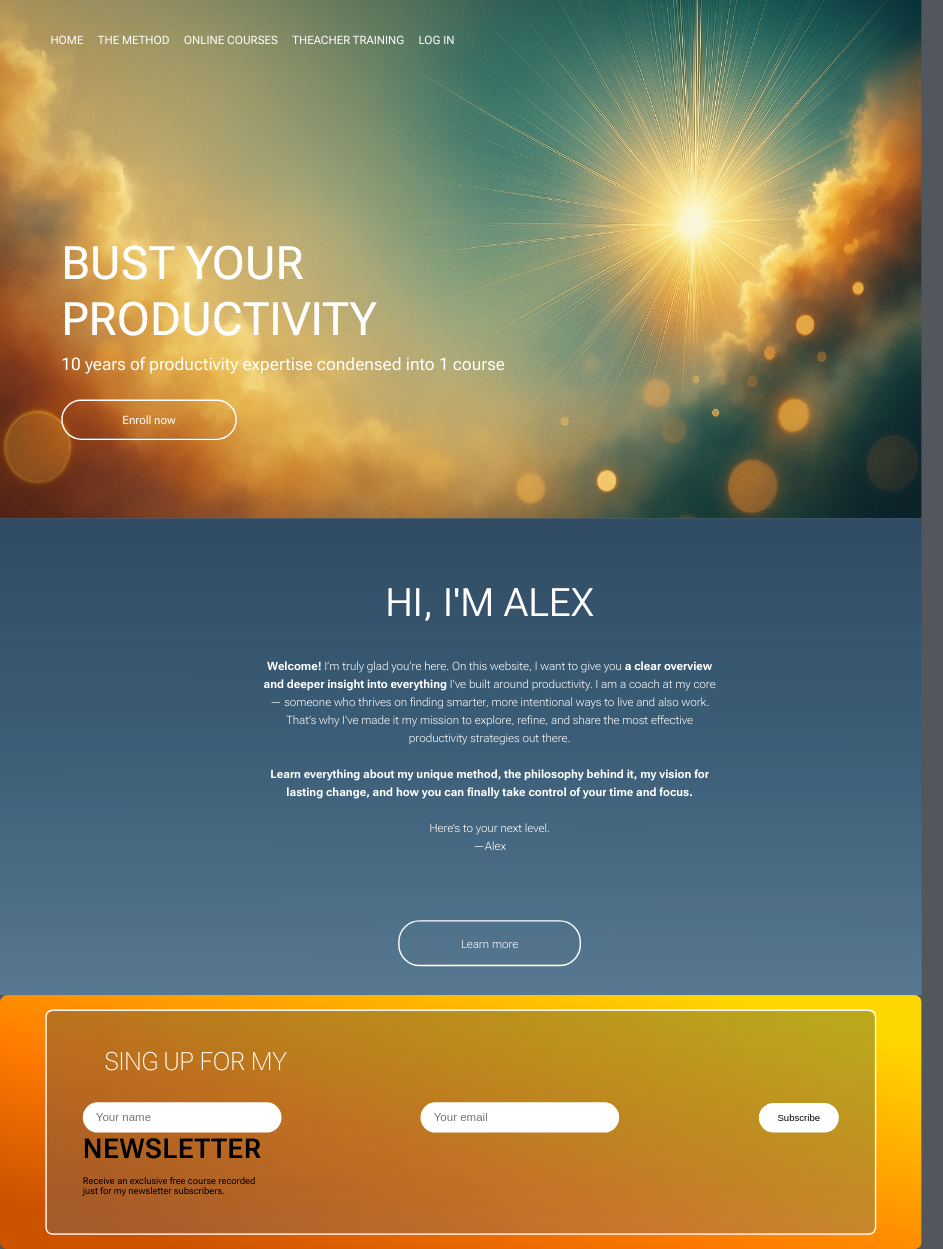
Repository: Parnicoza/testecomplete
Page: Productivity.copie.html
The author's editor kept a copy of each file at every save. The page is drawn from the files as they stood at one save, then again after the next save.
The browser window is 1280 px wide. The page is 1310 px wide, so the pictures cover 1310 px, including what lies to the right of the window. The pictures show the whole page, at 72% of full size.

Above is the page before, as saved 2025-05-29 12:53:21.

### Productivity.copie.html
<!DOCTYPE html>
<html lang="en">

<head>
    <meta charset="utf-8">
    <title>Productivity</title>
    <link rel="stylesheet" href="stilizaretestcomplet-14.css">
    <link rel="icon" href="imaginitestecomplete/dashboard.ico">
    <link rel="stylesheet" href="peoductivitate.css">
    <meta name="viewport" content="width=device-width, initial-scale=1.0">
    <meta charset="UTF-8">
    <link rel="preconnect" href="https://fonts.googleapis.com">
    <link rel="preconnect" href="https://fonts.gstatic.com" crossorigin>
    <link href="https://fonts.googleapis.com/css2?family=Roboto+Flex:opsz,wght@8..144,100..1000&display=swap"
        rel="stylesheet">
</head>

<body>
    <header>
        <nav>
            <ul class="nav-links">
                <li><a href="">HOME</a></li>
                <li><a href="">THE METHOD </a></li>
                <li><a href="">ONLINE COURSES</a></li>
                <li><a href="">THEACHER TRAINING</a></li>
                <li><a href="">LOG IN</a></li>
            </ul>
        </nav>
    </header>
    <div class="hero-section">
        <!--Acest div este pentru a separa, cu un background , the intro of the page ,cum ar venii , fata de restul paginii-->
        <figure>
            <h1 class="main-heading-pentru-productivity"> Bust Your <br>
                Productivity</h1>
            <figcaption class="caption-for-the-heading">10 years of productivity expertise condensed into 1 course
            </figcaption>
            <a class="button" href="https://www.maltemartenmethod.com/"><span>Enroll now</span></a>
        </figure>
    </div>

    <div class="background-after-hero"
        style="background: linear-gradient(to bottom, #1e3c56, #2c516d, #4a6d88), rgba(255, 255, 255, 0.08); background-blend-mode: overlay; padding: 40px; margin-top: 0;">
        <div class="HIIAMALEX">
            <h2>HI, I'M ALEX</h2>
            <p>
                <b>Welcome!</b> I’m truly glad you’re here. On this website, I want to give you <b>a clear overview and
                    deeper insight into everything</b> I’ve built around productivity. I am a coach at my core — someone
                who thrives on finding smarter, more intentional ways to live and also work. That’s why I’ve made it my
                mission to explore, refine, and share the most effective productivity strategies out there.<br>

                <br><b>Learn everything about my unique method, the philosophy behind it, my vision for lasting change,
                    and how you can finally take control of your time and focus.</b><br>

                <br>Here’s to your next level.<br>
                —Alex
                <a class="learn-more-btn" href="https://www.maltemartenmethod.com/"><span>Learn more</span></a>
            </p>
        </div>
    </div>

    <div class="newsletter"><!--ACESTA ESTE BACKROUND-UL , DIN SPATE , CEL CU ROSU-->
        <div class="newsletter-text"><!--ACESTA ESTE BORDERUL/BACKGROUND-UL CU BORDER-->
            <div class="newsletter-overlay"></div>
            <div class="text">
                <!--ACEST DIV ESTE PENTRU TEXTUL PROPRIU ZIS , AICI PUN TEXTUL SI MA OC CU PROPRIETATILE LUI-->
                <p class="singup">SING UP FOR MY<br>
                    <form class="newsletter-form-row">
                        <input type="text"  placeholder="Your name"  required>
                        <input type="email" placeholder="Your email" required>
                        <button type="submit">Subscribe</button>
                    </form>
                    <span class="span">NEWSLETTER</span><br>
                    <span style="font-size: small; display: inline-block;margin-top: 15px;">Receive an exclusive free course recorded
                        <br>just for my newsletter subscribers.</span>
                </p>
            </div>
        </div>
    </div>
</body>

</html>

### stilizaretestcomplet-14.css
body{
    background-color:#51575D;
}

.main-heading{
    text-align: center;
    text-transform: uppercase;
    text-shadow: 15px 15px 15px black;
    font-size: 3.5em;
    color: black;
}

.background-for-the-heading{
    background: linear-gradient(to right, #5B6770, #9CAEBF);
    margin: 20px;
    padding: 5px;
    border-radius: 10px;
    margin-left: 170px;
}

.thesamebackground{
    background-color: rgba(91, 103, 112, 0.6) ;
    margin-left: 170px;
    margin-top: 50px;
    text-align: center;
    padding: 10px;
    border-radius: 10px;
    box-shadow: 5px 5px 15px black;
    margin-right: 20px;
}

.paragraph-gradient{
    color: #ffff;
    font-size: 2em;
    -webkit-text-stroke: 0.7px black;
    text-align: center;
}

.quote{
    border: 1px dotted black;
    padding: 10px;
    margin-left: 150px;
}

.divider{
    border: none;
    height: 4px;
    background-color: lightgray;
    border: 3px dotted black;
    margin: 14px;
    margin-left: 150px;
}

.image{
    border-radius: 5px;
    box-shadow: 5px 5px 15px black;
    display: block;
    margin: 0 auto;
}

.picture{
    margin-left: 160px;
}

.Dashboard{
    display: flex;
}

.sidebar{
    display: flex;
    flex-direction: column;
   width: 140px;
   position: fixed;
   left: 0;
   top: 0;
   height: 96vh;
   justify-content: center;
   margin: 20px;
   background-color: #6A747D;
    border-radius: 10px;
    box-shadow: -5px -5px 15px black;

}

.list{
    list-style-type: none;
    display: flex;
    flex-direction: column;
    gap: 30px;
    padding: 0;
    margin-left: 10px;
}

.container{
    margin-left: 160px;
}

.divimage{
    display: block;
    margin-left: 160px;
    margin-top: 50px;

}

.figcaption{
    font-style: italic;
    font-weight: bold;
    margin: 20px;
}

.home{
    color: black;
}

.BLOCKS{
    display: flex;
    flex-direction: row;
    justify-content: space-evenly;
    gap: 20px;
}
.blocks{
    display: flex;
    flex-direction: column;
    justify-content: space-evenly;
    width: 350px;
    margin-left: 170px;
    background-color: rgba(91, 103, 112, 0.6);
    box-shadow: 5px 5px 15px black;
    border-radius: 10px;
    padding: 10px;
    margin-right: 20px;
}

.blocks2{
    display: flex;
    flex-direction: column;
    justify-content: space-evenly;
    width: 350px;
    background-color: rgba(91, 103, 112, 0.6);
    box-shadow: 5px 5px 15px black;
    border-radius: 10px;
    padding: 10px;
    margin-right: 20px;
}

.blocks3{
    display: flex;
    flex-direction: column;
    justify-content: space-evenly;
    width: 350px;
    background-color: rgba(91, 103, 112, 0.6);
    box-shadow: 5px 5px 15px black;
    border-radius: 10px;
    padding: 10px;
    margin-right: 20px;
}
.headingforblock{
    text-align: left;
    text-transform: uppercase;
    font-weight: bold;
    color: black;
    display: flex;
}

.paragraph-gradient1{
    color: #ffff;
    -webkit-text-stroke: 0.6px black;
    font-size: 25px;
    text-align: center;
}

.footer{
    margin-left: 170px;
}

.social-media{
    display: flex;
    flex-direction: row;
    justify-content: space-evenly;
    gap: 20px;
    margin-top: 250px;
}
.ul{
    list-style-type: none;
    display: flex;
    flex-direction: row;
    gap: 20px;
    padding: 0;
}

.footer-text{
    color: white;
    font-size: smaller;
    text-align: center;
    margin: 0 auto;
    width: 650px;
}

.Disclaimer{
    color: white;
    font-size: large;
}

.ifarme{
    margin-left: 160px;
    margin-top: 10px;
}

### peoductivitate.css
.newsletter-form-row{
    display:flex;
    align-items:center;
    gap:30px;
    margin-top:25px;
    flex-wrap:wrap;
    justify-content:center;
}

.newsletter-form-row input{
    width:240px;
    padding:12px 18px;
    border-radius:25px;
    border:none;
    background:#fff;
    font-size:16px;
}
.newsletter-form-row input:focus{
    outline:none;
    box-shadow:0 0 0 2px #ffa50044;
}

.newsletter-form-row button{
    padding:13px 26px;
    border-radius:25px;
    background:#ffffff;
    border:none;
    cursor:pointer;
    transition:background 0.3s ease;
}
.newsletter-form-row button:hover{
    background:#ffe3b3;
}

/* mobile stacking */
@media (max-width:600px){
    .newsletter-form-row{
        flex-direction:column;
        gap:15px;
    }
}
html,body{overflow-x:hidden;}
body{
    font-family: "Roboto Flex", sans-serif;
    margin: 0;
}

.hero-section{
    height: 100vh;
    display: flex;
    align-items: center;
    background-image: url('imaginitestecomplete/sky.png');
    background-position: center;
    background-size: cover;
    background-repeat: no-repeat;
    /* A RAMAS SA PUN BACKGROUND */
    background-size: cover;
    background-position: center;
    background-repeat: no-repeat;
    margin-bottom: 0;
    width: 100%;
}

.background-after-hero {
    background: linear-gradient(to bottom, #1e3c56, #2c516d, #4a6d88), rgba(255, 255, 255, 0.08);
    background-blend-mode: overlay;
    padding: 40px;
    margin-top: 0;
    min-height: 60vh;
    width: 100%;
    overflow-x: hidden;

}

nav{
    position: absolute;
    width: 100%;
    z-index: 1000;
    margin: 30px;
}

.nav-links{
    list-style-type: none;
    display: flex;
    justify-content: flex-start;
    gap: 20px;
}

.nav-links li a{
    text-decoration: none;
    color: white;
}

.main-heading-pentru-productivity{
    text-transform: uppercase;
    font-size: 4rem;
    color: white;
    text-align: left;
    line-height: 1.2em;
    margin-top: 220px;
    margin-left: 45px;
    margin-bottom: 10px;
    font-weight: 450;
}

.caption-for-the-heading{
    display: inline-block;
    text-align: left;
    margin-left: 45px;
    font-size: x-large;
    color: white;
}

.HIIAMALEX{
    color: white;
    text-align: center;
}

.HIIAMALEX h2{
    font-weight: 330;
    font-size: 3.4em;
}

.HIIAMALEX p{
    font-weight: 200;
    width: 50%;
    text-align: center;
    margin: 0 auto;
    line-height: 25px;
}

.button{
    background: transparent;
   border: 2px solid white;
    border-radius: 30px;
    display: flex;
    justify-content: center;
    align-items: center;
    text-align: center;
    width: 240px;
    height: 52px;
    margin-top: 35px;
    margin-left: 45px;
    color: white;
    text-decoration: none;
    position: relative;
    overflow: hidden;
    z-index: 1;
}

.button::before {
    content: "";
    position: absolute;
    bottom: -100%;         /* de jos, complet ascuns la început */
    left: 0;
    width: 100%;
    height: 100%;
    background: linear-gradient(to bottom, #1e3c56, #2c516d, #4a6d88), rgba(255, 255, 255, 0.08);
    transition: bottom 0.4s ease;
    z-index: 0;
}
.button:hover::before {
    bottom: 0;  /* se ridică complet peste buton */
}
.button span {
    position: relative;
    z-index: 2;
}

.learn-more-btn{
    background: transparent;
    border: 2px solid white;
    border-radius: 30px;
    display: flex;
    align-items: center;
    justify-content: center;
    text-align: center;
    width: 250px;
    height: 60px;
    margin: 0 auto;
    position: relative;
    overflow: hidden;
    z-index: 1;
    color: white;
    text-decoration: none;
    margin-top: 90px;
}

.learn-more-btn::before{
    content: "";
    position: absolute;
    bottom: -100%;         /* de jos, complet ascuns la început */
    left: 0;
    width: 100%;
    height: 100%;
    background: linear-gradient(to top right, #cc5200 10%, #ff7a00 40%, #ffd700 90%);
    transition: bottom 0.4s ease;
    z-index: 0;
}

.learn-more-btn:hover::before{
    bottom: 0;  /* se ridică complet peste buton */
}

.learn-more-btn span{
    position: relative;
    z-index: 2;
}

.newsletter{
    background: linear-gradient(to top right, #cc5200 10%, #ff7a00 40%, #ffd700 90%);
    min-height: 45vh;
    display: flex;
    justify-content: center;
    align-items: center;
    flex-direction: column;
    width: 100%;
    border-radius: 10px;
}
.singup {
    color: white;
    font-size: 35px;
    font-weight: 100;
    text-align: left;
    margin-left: 30px;
    line-height: 1.2;
}
.span {
    display: inline-block;
    font-weight: 600;
    width: 250px;
    text-align: left;
    font-size: 38px;
    letter-spacing: 0.5px;
}

.newsletter-text{
    border: 2px solid white;
    width: 90%;
    max-width: 1150px;
    margin: 20px auto;
    position: relative;
    border-radius: 10px;

}
.text{
    margin: 50px;
    position: relative;
    z-index: 2;
}
.newsletter-overlay{
    position: absolute;
    top: 0;
    left: 0;
    width: 100%;
    height: 100%;
    background: linear-gradient(
      to bottom,
      rgba(30, 60, 86, 0.3),
      rgba(44, 81, 109, 0.3),
      rgba(74, 109, 136, 0.3)
    );
    backdrop-filter: blur(30px);
    border-radius: 4px;
    z-index: 0;
    border-radius: 10px;
}

.newsletter-form-row{
    display: flex;
    align-items: center;
    justify-content: space-between;
    gap: 30px;
}
form {
    display: flex;
    gap: 20px;
  }

  form input {
    padding: 12px 18px;
    border-radius: 25px;
    border: none;
    background-color: white;
    color: #333;
    font-size: 16px;
  }
  form input:focus {
    outline: none;
    box-shadow: 0 0 0 2px #ffa50044;
  }
  .explore-courses{
    background: linear-gradient(to bottom, #1e3c56, #2c516d, #4a6d88), rgba(255, 255, 255, 0.08);
    display: flex;
    justify-content: center;
    flex-direction: column;
    align-items: center;
    min-height: 100vh;
  }

  .explore-courses-text{
    width: 50%;
    text-align: center;
    color: white;
    margin: 0 auto;
    line-height: 25px;
    font-weight: 200;
    margin-top: 45.152px;
  }

  .explore-courses h2{
    font-weight: 330;
    font-size: 3.4em;
    color: white;
    text-align: center;
}

.course-cards{
    display: flex;
    align-items: center;
    justify-content: space-evenly;
    gap: 100px;
    margin: auto;
    margin-top: 50px;
}

.borderfortheimages{
    border-radius: 25px;
}
.scroll-appear {
    opacity: 0;
    transform: translateY(-30px);
    transition: opacity 1.5s ease, transform 1.5s ease;
}

.scroll-appear.show {
    opacity: 1;
    transform: translateY(0);
}

.join-btn {
    margin-top: 50px;      /* pushes the button down a bit */
    margin-bottom: 40px;   /* optional bottom spacing */
}

After the next save:
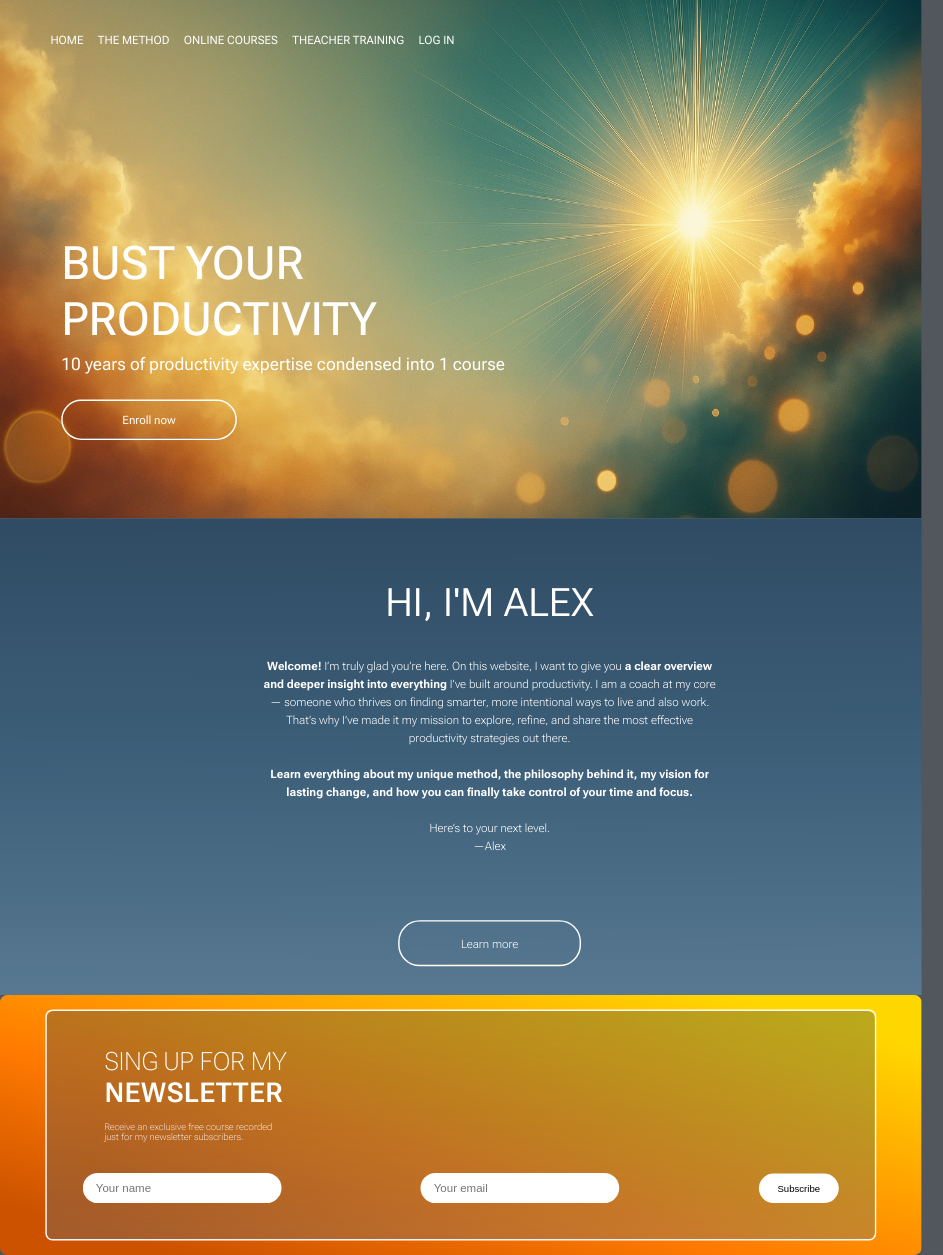
Saved 2 s later.
--- a/Productivity.copie.html
+++ b/Productivity.copie.html
@@ -63,16 +63,20 @@
             <div class="newsletter-overlay"></div>
             <div class="text">
                 <!--ACEST DIV ESTE PENTRU TEXTUL PROPRIU ZIS , AICI PUN TEXTUL SI MA OC CU PROPRIETATILE LUI-->
-                <p class="singup">SING UP FOR MY<br>
-                    <form class="newsletter-form-row">
-                        <input type="text"  placeholder="Your name"  required>
-                        <input type="email" placeholder="Your email" required>
-                        <button type="submit">Subscribe</button>
-                    </form>
+                <p class="singup">
+                    SING UP FOR MY<br>
                     <span class="span">NEWSLETTER</span><br>
-                    <span style="font-size: small; display: inline-block;margin-top: 15px;">Receive an exclusive free course recorded
-                        <br>just for my newsletter subscribers.</span>
+                    <span style="font-size: small; display: inline-block;margin-top: 15px;">
+                        Receive an exclusive free course recorded<br>
+                        just for my newsletter subscribers.
+                    </span>
                 </p>
+
+                <form class="newsletter-form-row">
+                    <input type="text"  placeholder="Your name"  required>
+                    <input type="email" placeholder="Your email" required>
+                    <button type="submit">Subscribe</button>
+                </form>
             </div>
         </div>
     </div>
